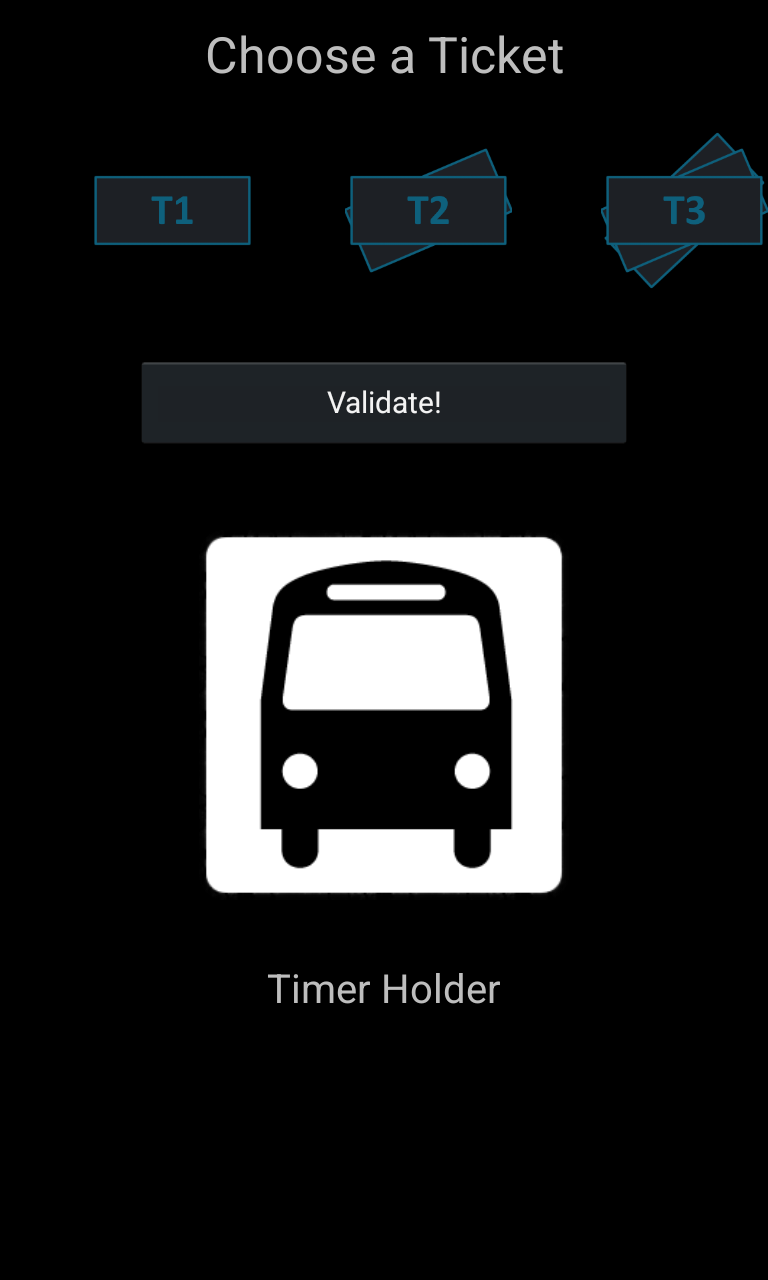
Repository: Nelspike/BusTicketer
Layout: PassengerMode/res/layout/fragment_show_tickets.xml
An editor plug-in stored every save of this project. The layout is shown before and after the next save, followed by the edit.
It is drawn on a 768 x 1280 px phone screen (xhdpi) without system bars, with theme AppTheme; the app's code is not run.

Above is the layout before, as saved 2013-10-19 21:09:28.

### PassengerMode/res/layout/fragment_show_tickets.xml
<FrameLayout xmlns:android="http://schemas.android.com/apk/res/android"
    xmlns:tools="http://schemas.android.com/tools"
    android:layout_width="match_parent"
    android:layout_height="match_parent"
    tools:context=".ShowTicketsFragment" >

    <LinearLayout
        android:layout_width="match_parent"
        android:layout_height="wrap_content"
        android:orientation="vertical"
        android:paddingTop="10dp">

	    <TextView
	        android:layout_width="match_parent"
	        android:layout_height="wrap_content"
	        android:text="@string/show_tickets_title"
	        android:textSize="25sp"
	        android:gravity="center"/>

		<RadioGroup
		    android:id="@+id/ticket_radio"
		    android:layout_width="match_parent"
		    android:layout_height="wrap_content"
		    android:gravity="center"
		    android:orientation="horizontal"
		    android:paddingTop="20dp"
		    android:paddingBottom="30dp" >

			<RadioButton
			    android:id="@+id/t1_radio"
			    android:button="@android:color/transparent"
				android:drawableRight="@drawable/t1_selector"
				android:layout_width="wrap_content"
				android:layout_height="wrap_content"
				android:layout_weight="1"/>

			<RadioButton
			    android:id="@+id/t2_radio"
			    android:button="@android:color/transparent"
				android:drawableRight="@drawable/t2_selector"
				android:layout_width="wrap_content"
				android:layout_height="wrap_content"
				android:layout_weight="1"/>

			<RadioButton
			    android:id="@+id/t3_radio"
			    android:button="@android:color/transparent"
				android:drawableRight="@drawable/t3_selector"
				android:layout_width="wrap_content"
				android:layout_height="wrap_content"
				android:layout_weight="1"/>

		</RadioGroup>

		<Button
		    android:id="@+id/t1_ticket_validate"
		    android:layout_width="250dp"
		    android:layout_height="wrap_content"
		    android:layout_gravity="center"
		    android:text="@string/validate_ticket"
		    android:textSize="15sp" />

		<ImageView
		    android:id="@+id/qr_code_holder"
		    android:contentDescription="@string/description"
		    android:layout_width="450px"
		    android:layout_height="450px"
		    android:src="@drawable/bus"
		    android:layout_gravity="center"
		    android:paddingTop="40dp"/>

		<TextView
		    android:id="@+id/ticket_timer"
		    android:layout_width="match_parent"
		    android:layout_height="wrap_content"
		    android:gravity="center"
		    android:text="Timer Holder"
		    android:textSize="20sp"
		    android:paddingTop="30dp"/>

    </LinearLayout>




</FrameLayout>

### PassengerMode/res/values/styles.xml
<resources>

    <!--
        Base application theme, dependent on API level. This theme is replaced
        by AppBaseTheme from res/values-vXX/styles.xml on newer devices.
    -->
    <style name="AppBaseTheme" parent="android:Theme.Holo">
        <!--
            Theme customizations available in newer API levels can go in
            res/values-vXX/styles.xml, while customizations related to
            backward-compatibility can go here.
        -->
    </style>

    <!-- Application theme. -->
    <style name="AppTheme" parent="android:Theme.Holo">
        <!-- All customizations that are NOT specific to a particular API-level can go here. -->
    </style>

    <style>
        <item></item>
    </style>

</resources>

### PassengerMode/res/values/strings.xml
<?xml version="1.0" encoding="utf-8"?>
<resources>

    <string name="app_name">Passenger Mode</string>
    <string name="action_settings">Settings</string>
    <string name="hello_world">Hello world!</string>
    <string name="welcome_string">Welcome to Bus Ticketer!</string>
    <string name="splash_screen_description">Splash Screen Logo</string>
    <string name="splash_screen_terms">Lorem ipsum dolor sit amet, consectetur adipiscing elit. In porta cursus lacus ut porta. Ut luctus et urna eu malesuada. Donec magna diam, mollis molestie est eu, bibendum semper quam. Curabitur rhoncus iaculis nisi ut luctus. Pellentesque habitant morbi tristique senectus et netus et malesuada fames ac turpis egestas. Ut luctus gravida massa, a posuere nunc sagittis ac. Maecenas porta nisi sed interdum varius. Nunc tincidunt turpis nec orci interdum sollicitudin in at nulla. Integer non lorem a elit elementum iaculis consectetur vel ipsum. Aenean sed eros laoreet, egestas lacus eu, accumsan risus. Aliquam consequat sagittis urna, quis accumsan felis malesuada sed.</string>
    <string name="splash_screen_name_label">Name:</string>
    <string name="splash_screen_card_label">CC No.:</string>
    <string name="splash_screen_register_button">Register it up!</string>
    <string name="title_activity_central">CentralActivity</string>
    <string name="hello_blank_fragment">Hello blank fragment</string>
    <string name="description">Generic Description</string>
    <string name="validate_ticket">Validate!</string>
    <string name="show_tickets_title">Choose a Ticket</string>

</resources>

### PassengerMode/res/drawable-xxhdpi/t1_selector.xml
<?xml version="1.0" encoding="utf-8"?>
<selector xmlns:android="http://schemas.android.com/apk/res/android"
    android:enterFadeDuration="250"
    android:exitFadeDuration="250" >
	<item android:state_checked="true" android:drawable="@drawable/selectedt1" />
	<item android:state_checked="false" android:drawable="@drawable/t1" />
</selector>

### PassengerMode/res/drawable-xxhdpi/t2_selector.xml
<?xml version="1.0" encoding="utf-8"?>
<selector xmlns:android="http://schemas.android.com/apk/res/android"
    android:enterFadeDuration="250"
    android:exitFadeDuration="250" >
	<item android:state_checked="true" android:drawable="@drawable/selectedt2" />
	<item android:state_checked="false" android:drawable="@drawable/t2" />
</selector>

### PassengerMode/res/drawable-xxhdpi/t3_selector.xml
<?xml version="1.0" encoding="utf-8"?>
<selector xmlns:android="http://schemas.android.com/apk/res/android"
    android:enterFadeDuration="250"
    android:exitFadeDuration="250" >
	<item android:state_checked="true" android:drawable="@drawable/selectedt3" />
	<item android:state_checked="false" android:drawable="@drawable/t3" />
</selector>

After the next save:
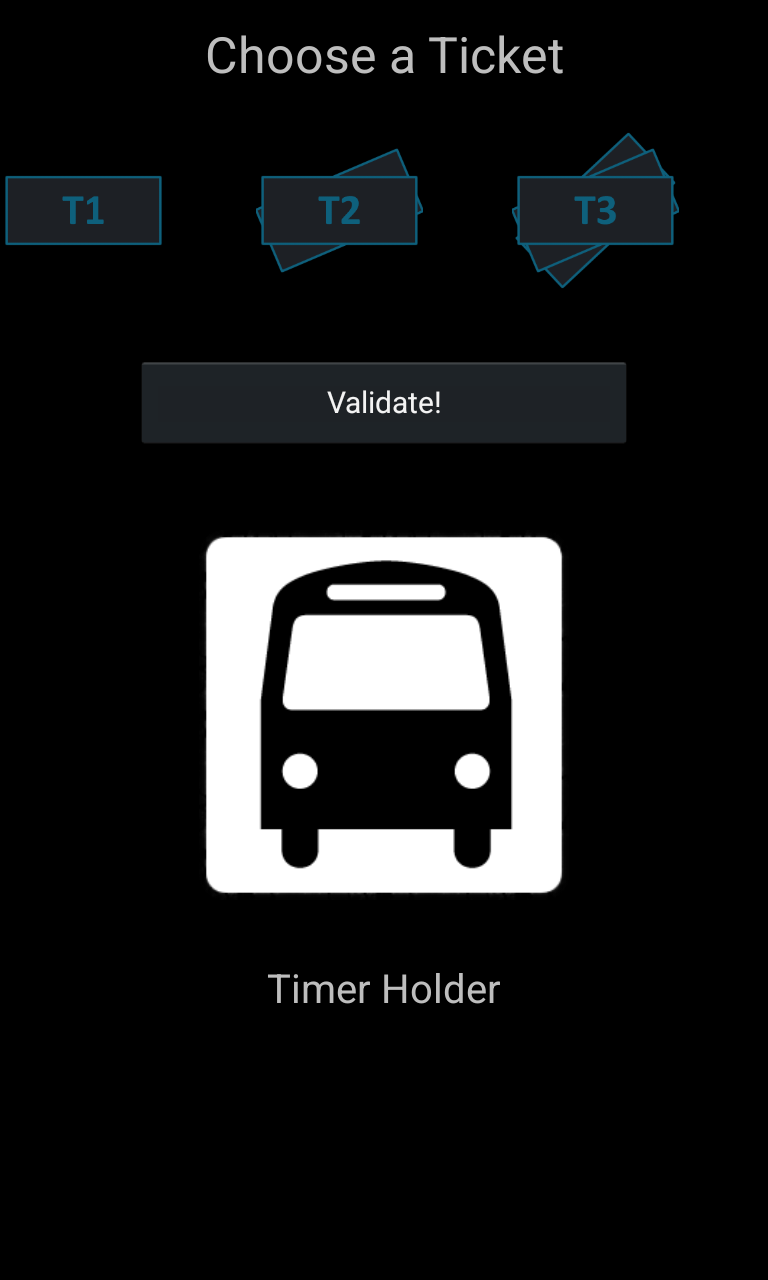
Saved 30 s later.
--- a/PassengerMode/res/layout/fragment_show_tickets.xml
+++ b/PassengerMode/res/layout/fragment_show_tickets.xml
@@ -28,24 +28,21 @@
 
 			<RadioButton
 			    android:id="@+id/t1_radio"
-			    android:button="@android:color/transparent"
-				android:drawableRight="@drawable/t1_selector"
+			    android:button="@drawable/t1_selector"
 				android:layout_width="wrap_content"
 				android:layout_height="wrap_content"
 				android:layout_weight="1"/>
 
 			<RadioButton
 			    android:id="@+id/t2_radio"
-			    android:button="@android:color/transparent"
-				android:drawableRight="@drawable/t2_selector"
+			    android:button="@drawable/t2_selector"
 				android:layout_width="wrap_content"
 				android:layout_height="wrap_content"
 				android:layout_weight="1"/>
 
 			<RadioButton
 			    android:id="@+id/t3_radio"
-			    android:button="@android:color/transparent"
-				android:drawableRight="@drawable/t3_selector"
+			    android:button="@drawable/t3_selector"
 				android:layout_width="wrap_content"
 				android:layout_height="wrap_content"
 				android:layout_weight="1"/>
